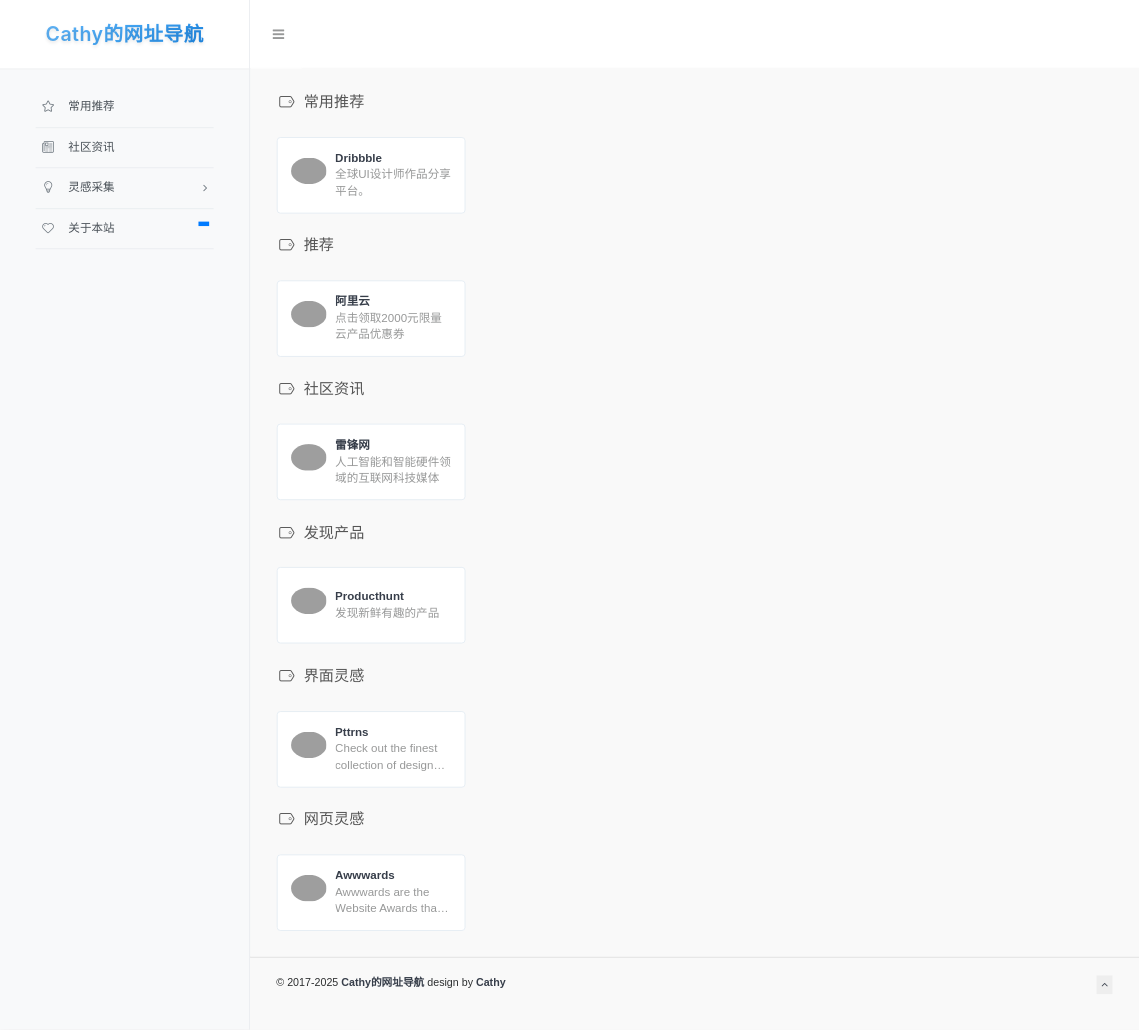
Repository: SweetPomelo0/AINav
Page: cn/index.html
An editor plug-in stored every save of this project. The page is shown before and after the next save, followed by the edit.
The browser window is 1280 px wide. The pictures show the whole page, at 89% of full size.
Pictures or frames that could not be fetched are drawn as grey boxes.

Above is the page before, as saved 2025-07-24 22:16:00.

After the next save:
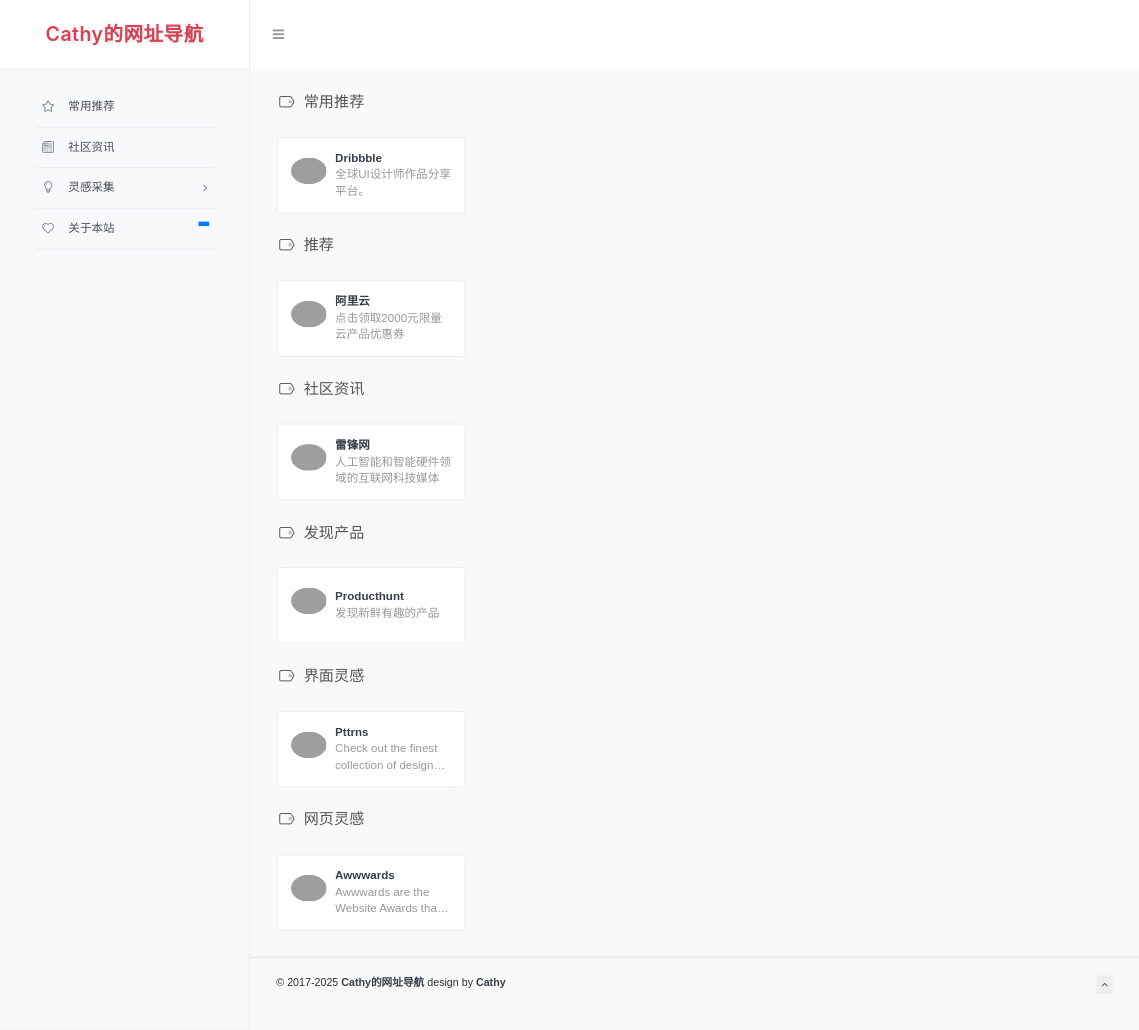
Saved 32 s later.
--- a/cn/index.html
+++ b/cn/index.html
@@ -34,7 +34,7 @@
       }
 
       .logo-title {
-        background: linear-gradient(135deg, #64b5f6 0%, #42a5f5 50%, #1e88e5 100%);
+        background: linear-gradient(135deg, #E0475B 0%, #E0475B 50%, #E0475B 100%);
         -webkit-background-clip: text;
         -webkit-text-fill-color: transparent;
         background-clip: text;
@@ -82,7 +82,7 @@
        }*/
 
       .logo-text:hover .logo-title-collapsed {
-         background: linear-gradient(135deg, #c781bf 0%, #c781bf 50%, #c781bf 100%);
+         background: linear-gradient(135deg, #E0475B 0%, #E0475B 50%, #E0475B 100%);
          transform: scale(1.08) translateY(-2px);
          box-shadow: 0 8px 20px rgba(76, 175, 80, 0.4);
          border-color: rgba(255, 255, 255, 0.2);
